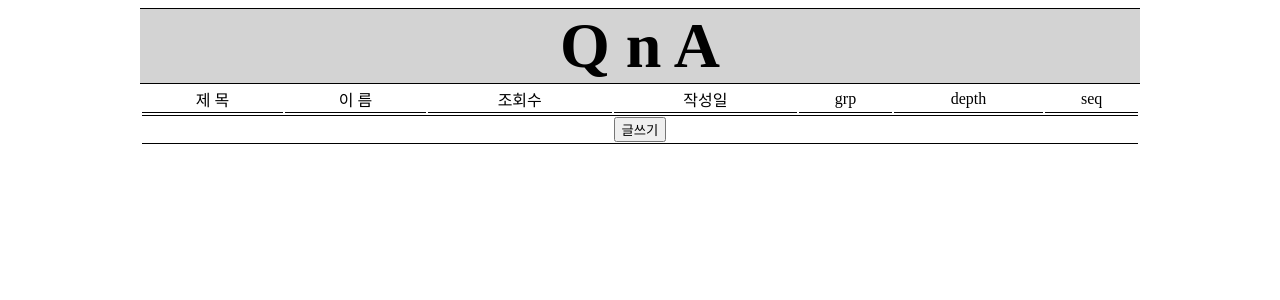
Repository: shbaksa/study
Page: http://localhost/mw_0620/qna/list.jsp
An editor plug-in stored every save of this project. The page is shown before and after the next save, followed by the edit.
The browser window is 1280 px wide. The pictures show the whole page.
The page is served by Tomcat 9. Queries for data that is not in the repository find no rows.

Above is the page before, as saved 2022-06-20 06:15:55.

After the next save:
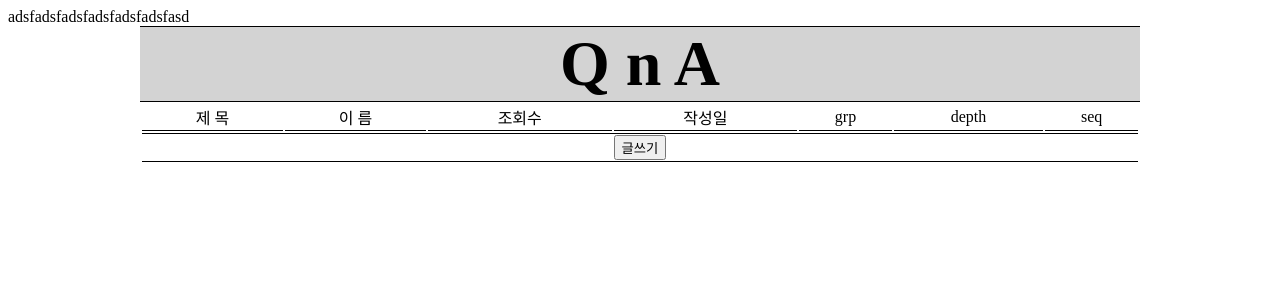
Saved 66 s later.
--- a/mw_0620/src/main/webapp/qna/list.jsp
+++ b/mw_0620/src/main/webapp/qna/list.jsp
@@ -45,7 +45,7 @@
 	</style>
 
 </head>
-<body>
+<body>adsfadsfadsfadsfadsfadsfasd
 
 	<table width="1000" align="center">
 	<caption><b>Q  n  A</b></caption>

After the save that followed:
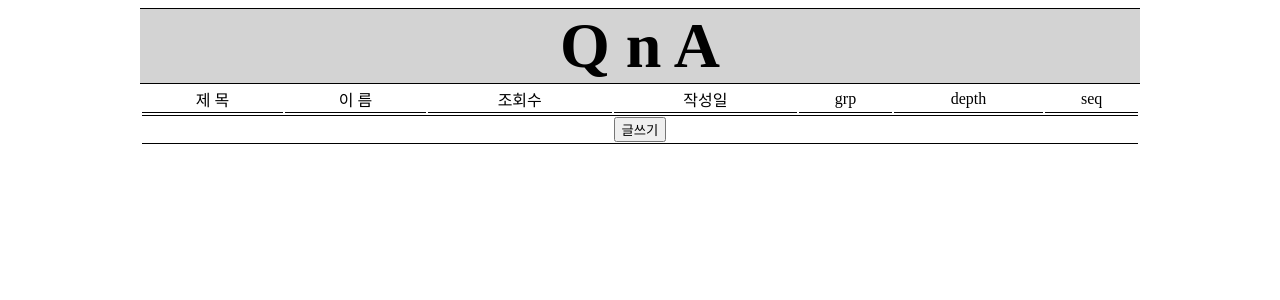
Saved 10 s later.
--- a/mw_0620/src/main/webapp/qna/list.jsp
+++ b/mw_0620/src/main/webapp/qna/list.jsp
@@ -45,7 +45,7 @@
 	</style>
 
 </head>
-<body>adsfadsfadsfadsfadsfadsfasd
+<body>
 
 	<table width="1000" align="center">
 	<caption><b>Q  n  A</b></caption>
